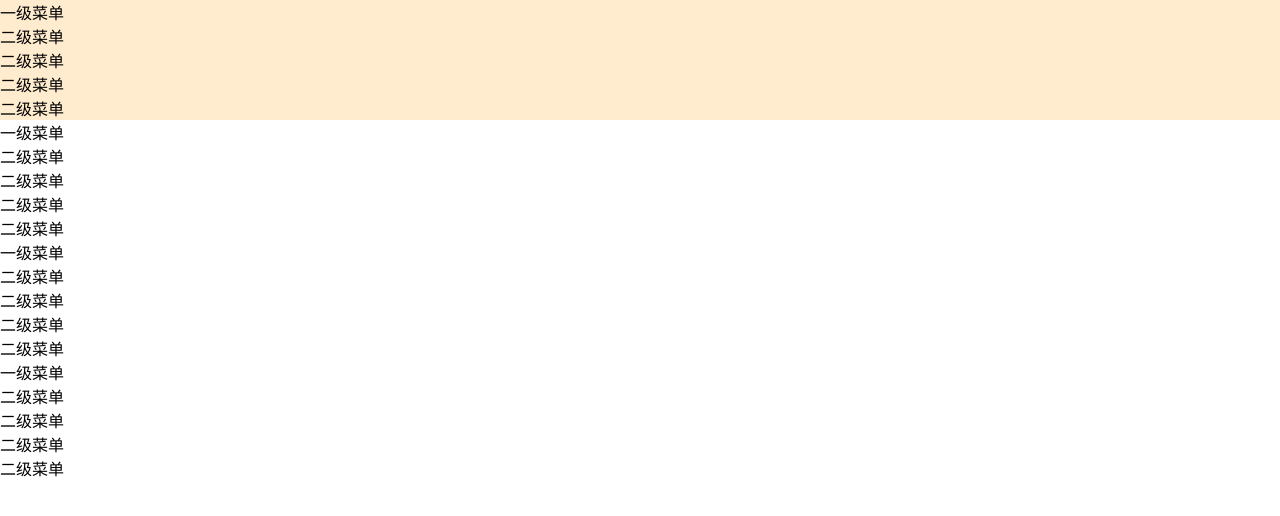
Repository: JJianZ/miao
Page: css-menu.html
These files come from the project's save history. The page is drawn as it stood at one moment and after the next save; the edit follows.
The browser window is 1280 px wide. The pictures show the whole page.

Above is the page before, as saved 2021-11-23 10:58:53.

After the next save:
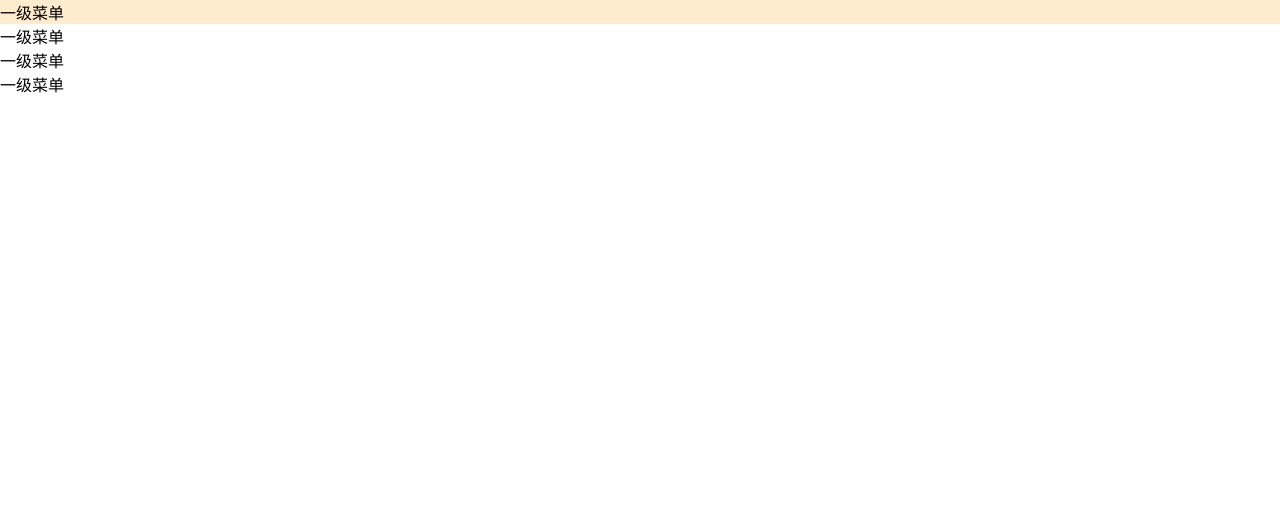
Saved 38 s later.
--- a/css-menu.html
+++ b/css-menu.html
@@ -23,6 +23,9 @@
     }
     .nav > li {
       display: inline-block;
+    }
+    .nav ul {
+      display: none;
     }
   </style>
 </head>
